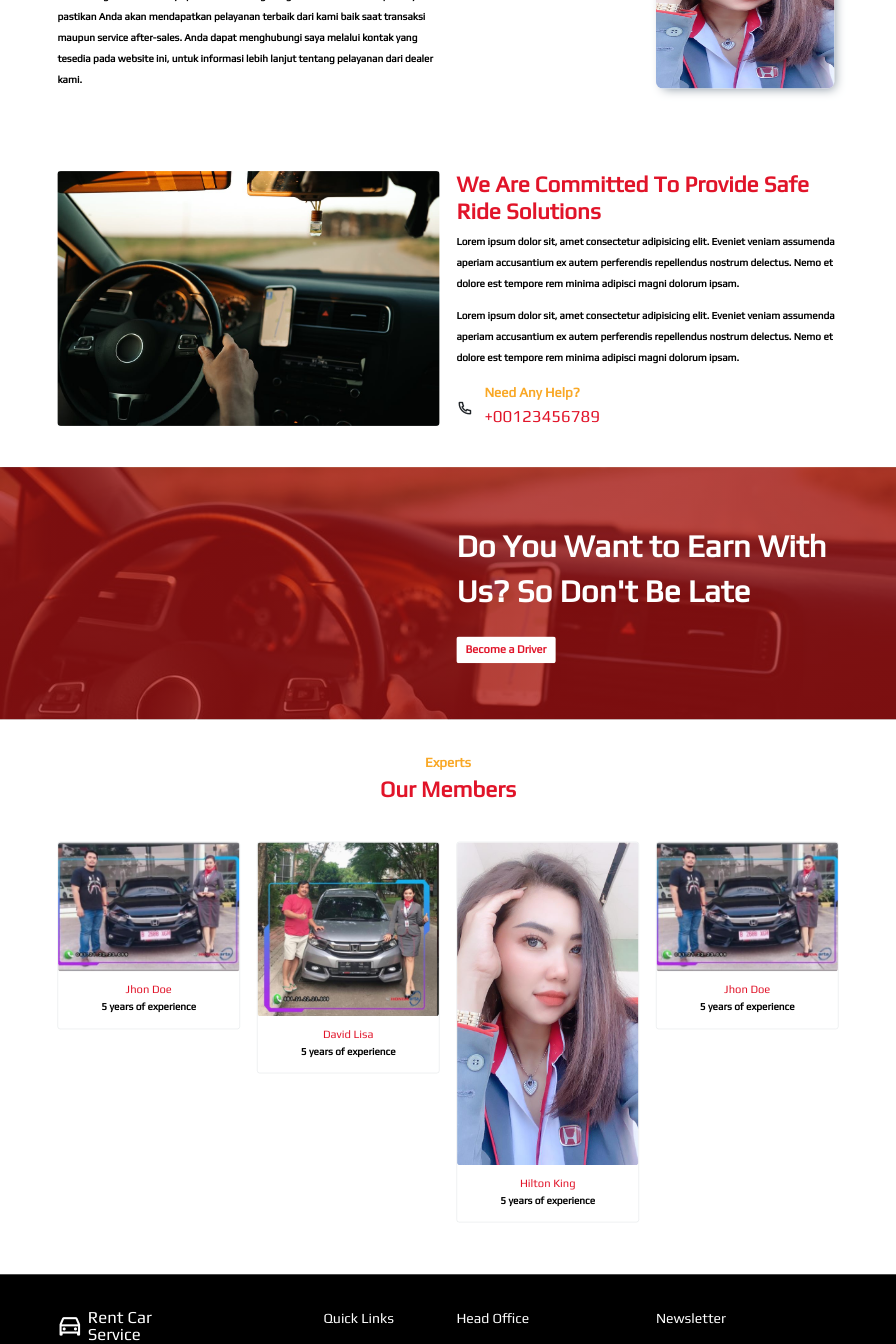
Repository: stevenxylver/Honda
Page: /about
An editor plug-in stored every save of this project. The page is shown before and after the next save, followed by the edit.
The browser window is 1280 px wide. The pictures show the part of the page from y = 619 to 2539 px (the page is 2834 px tall before and 2916 px after), at 70% of full size.
Pictures or frames that could not be fetched are drawn as grey boxes. The project was rebuilt for these pictures with package versions that can differ from the ones it lists, and the page was loaded fresh each time. Also part of the build but not shown: src/styles/hero-slider.css, src/components/UI/HeroSlider.jsx, src/components/UI/FindCarForm.jsx, src/styles/services-list.css, src/assets/data/serviceData.js, src/components/UI/ServicesList.jsx, src/components/UI/Example.jsx, src/assets/data/carData.js and 20 more.

Above is the page before, as saved 2022-11-20 11:04:08.

### src/index.css
/* ======== google fonts ======== */
@import url("https://fonts.googleapis.com/css2?family=Source+Sans+Pro:wght@200;300;400;600;700;900&display=swap");
@import url('https://fonts.googleapis.com/css2?family=Play&display=swap');
/* ======= base style ====== */
* {
  margin: 0;
  padding: 0;
  box-sizing: border-box;
  /* font-family: "Source Sans Pro", sans-serif; */
  font-family: 'Play', sans-serif;

}

/* ========= pre-define css ========= */
h1,
h2,
h3,
h4,
h5,
h6 {
  color: #E11429;
  font-weight: 600;
  margin-bottom: 0;
}

h3,
h4 {
  font-size: 1.6rem;
}

h5,
h6 {
  font-size: 1.2rem;
}

a {
  text-decoration: none;
  color: unset;
}

a:hover {
  color: unset;
}

ul {
  margin: 0;
  list-style: none;
}

.section__title {
  color: #E11429;
  font-weight: 600;
  font-size: 2rem;
}

.section__subtitle {
  color: #f9a826;
  font-weight: 600;
  font-size: 1.2rem;
}

.section__description {
  color: #000;
  font-size: 0.9rem;
  line-height: 30px;
  font-weight: 600;
}

section {
  padding: 50px 0px;
}

.btn {
  padding: 7px 15px;
  background: #E11429;
  color: #fff;
  border: none;
  outline: none;
  border-radius: 5px;
  transition: 0.3s;
}

.btn:hover {
  color: #fff !important;
  background: #E11429;
}

@media only screen and (max-width: 768px) {
  section {
    padding: 30px 0px;
  }

  .section__title {
    font-size: 1.6rem;
  }

  .section__subtitle {
    font-size: 1.1rem;
  }
}

### src/styles/header.css
.header__top {
  padding: 10px 0px;
  background: #E11429;
  color: #fff;
}


.honda
{
width: 57px;
height: 57px;
}

.header__top__left {
  display: flex;
  align-items: center;
  column-gap: 1rem;
}

.header__top__left span {
  font-size: 0.9rem;
}

.header__top__help {
  display: flex;
  align-items: center;
  column-gap: 0.4rem;
}

.header__top__help i {
  background: #fff;
  color: #E11429;
  padding: 2px 4px;
  border-radius: 50px;
  font-size: 0.7rem;
}

.header__top__right a {
  text-decoration: none;
  color: #fff;
  font-size: 0.9rem;
}

.header__top__right a:hover {
  color: #fff;
}

/* ============ header middle style =========== */

.header__middle {
  padding: 20px 0px;
}

.logo h1 a span {
  font-size: 1.5rem;
}

.logo h1 a i {
  font-size: 2.2rem;
}

.logo h1 a {
  text-decoration: none;
  color: #E11429;
  font-weight: 900;
}

.logo h1 {
  line-height: 1.5rem;
}

.header__location span i {
  font-size: 2.2rem;
  color: #000000;
}

.header__location-content h4 {
  font-size: 1.2rem;
  font-weight: 700;
  color: #E11429;
}

.header__location-content h6 {
  font-weight: 600;
  color: #000000;
}

.header__btn {
  background: #E11429 !important;
  padding: 10px 20px;
  border: none;
  outline: none;
  border-radius: 5px;
}

.header__btn a {
  display: flex;
  align-items: center;
  column-gap: 0.4rem;
  text-decoration: none;
  color: #fff;
  justify-content: end;
  font-size: 0.9rem;
  font-weight: 1000;
}


.header__btn a:hover {
  color: #fff;
}

/* ================ main navbar styles =========== */

.main__navbar {
  padding: 15px 0px;
  background: #000000;
}

.mobile__menu i {
  color: #fff;
  font-size: 1.3rem;
  cursor: pointer;
}

.mobile__menu {
  display: none;
}

.menu {
  display: flex;
  align-items: center;
  column-gap: 2.7rem;
}

.nav__item {
  color: #fff;
  text-decoration: none;
  transition: 0.3s;
  font-weight: 1000;
}

.nav__item:hover {
  color: #f9a826;
}



.search__box {
  border: 1px solid #7c8a972f;
  padding: 7px 12px;
  display: flex;
  align-items: center;
  border-radius: 50px;
  background: #020a4de9;
}

.search__box {
  border: 1px solid #7c8a972f;
  padding: 7px 12px;
  display: flex;
  align-items: center;
  border-radius: 50px;
  background: #fff;
  font-weight: 1000;
}

.search__box input {
  background: transparent;
  border: none;
  outline: none;
  color: #fff;
  cursor: pointer;
}

.search__box input::placeholder {
  font-size: 0.8rem;
  font-weight:800;
}
.search__box span i {
  color: #000000;
  cursor: pointer;
}

.nav__active {
  color: #f9a826;
}

@media only screen and (max-width: 768px) {
  .header__top,
  .header__middle,
  .nav__right {
    display: none;
  }

  .mobile__menu {
    display: block;
  }

  .navigation {
    background: rgb(0, 13, 107, 0.6);
    width: 100%;
    height: 100%;
    position: fixed;
    top: 0;
    left: 0;
    z-index: 9999;
    display: none;
  }

  .menu {
    width: 250px;
    height: 100%;
    background: #fff;
    display: flex;
    align-items: center;
    flex-direction: column;
    row-gap: 2rem;
    justify-content: center;
  }

  .menu a {
    color: #E11429;
    font-weight: 600;
    font-size: 0.9rem;
  }

  .menu__active {
    display: block;
  }


}

### src/styles/footer.css
.footer {
  background: #000000;
  padding-top: 50px;
  padding-bottom: 15px;
}

.footer__logo i {
  color: #fff;
  font-weight: 400;
}

.footer__logo span {
  color: #fff;
  font-weight: 500;
}

.footer__logo-content {
  color: rgba(255, 255, 255, 0.715);
  margin-top: 15px;
  line-height: 30px;
}

.quick__link {
  border: none !important;
  background: transparent !important;
}

.quick__link a {
  color: rgba(255, 255, 255, 0.715);
  text-decoration: none;
  font-weight: 300;
  transition: 0.3s;
}

.quick__link a:hover {
  color: #f9a826;
}

.footer__link-title {
  color: #fff;
}

.office__info {
  color: rgba(255, 255, 255, 0.715);
  font-weight: 300;
}

.newsletter {
  display: flex;
  align-items: center;
  justify-content: space-between;
  padding: 8px 12px;
  border: 1px solid #7c8a972f;
  border-radius: 50px;
  background: #020a4de9;
}

.newsletter input {
  background: transparent;
  color: #fff;
  border: none;
  outline: none;
}

.newsletter span i {
  color: #fff;
}

.footer__bottom {
  border-top: 1px solid #7c8a972f;
}

@media only screen and (max-width: 768px) {
  .footer__logo-content {
    font-size: 0.8rem;
  }

  .quick__link,
  .office__info {
    font-size: 0.8rem;
    line-height: 1.5rem;
  }

  .footer__link-title {
    font-size: 1rem;
    margin-top: 15px;
  }

  .footer__bottom p {
    font-size: 0.7rem;
  }


}

### src/pages/About.jsx
import React from "react";

import CommonSection from "../components/UI/CommonSection";
import Helmet from "../components/Helmet/Helmet";
import AboutSection from "../components/UI/AboutSection";
import { Container, Row, Col } from "reactstrap";
import BecomeDriverSection from "../components/UI/BecomeDriverSection";

import driveImg from "../assets/all-images/drive.jpg";
import OurMembers from "../components/UI/OurMembers";
import "../styles/about.css";

const About = () => {
  return (
    <Helmet title="About">
      <CommonSection title="About Us" />
      <AboutSection aboutClass="aboutPage" />

      <section className="about__page-section">
        <Container>
          <Row>
            <Col lg="6" md="6" sm="12">
              <div className="about__page-img">
                <img src={driveImg} alt="" className="w-100 rounded-3" />
              </div>
            </Col>

            <Col lg="6" md="6" sm="12">
              <div className="about__page-content">
                <h2 className="section__title">
                  We Are Committed To Provide Safe Ride Solutions
                </h2>

                <p className="section__description">
                  Lorem ipsum dolor sit, amet consectetur adipisicing elit.
                  Eveniet veniam assumenda aperiam accusantium ex autem
                  perferendis repellendus nostrum delectus. Nemo et dolore est
                  tempore rem minima adipisci magni dolorum ipsam.
                </p>

                <p className="section__description">
                  Lorem ipsum dolor sit, amet consectetur adipisicing elit.
                  Eveniet veniam assumenda aperiam accusantium ex autem
                  perferendis repellendus nostrum delectus. Nemo et dolore est
                  tempore rem minima adipisci magni dolorum ipsam.
                </p>

                <div className=" d-flex align-items-center gap-3 mt-4">
                  <span className="fs-4">
                    <i class="ri-phone-line"></i>
                  </span>

                  <div>
                    <h6 className="section__subtitle">Need Any Help?</h6>
                    <h4>+00123456789</h4>
                  </div>
                </div>
              </div>
            </Col>
          </Row>
        </Container>
      </section>

      <BecomeDriverSection />

      <section>
        <Container>
          <Row>
            <Col lg="12" className="mb-5 text-center">
              <h6 className="section__subtitle">Experts</h6>
              <h2 className="section__title">Our Members</h2>
            </Col>
            <OurMembers />
          </Row>
        </Container>
      </section>
    </Helmet>
  );
};

export default About;

### src/components/UI/AboutSection.jsx
import React from "react";
import { Container, Row, Col } from "reactstrap";
import "../../styles/about-section.css";
import aboutImg from "../../assets/all-images/ava-3.jpg";

const AboutSection = ({ aboutClass }) => {
  return (
    <section
      className="about__section"
      style={
        aboutClass === "aboutPage"
          ? { marginTop: "0px" }
          : { marginTop: "280px" }
      }
    >
      <Container>
        <Row>
          <Col lg="6" md="6">
            <div className="about__section-content">
              <h4 className="section__subtitle">Halo</h4>
              <h2 className="section__title">Nama Saya Sarah</h2>
              <p className="section__description">
              Perkenalkan Saya Sarah, Sales Counter dari Dealer Honda Tangerang. Saat ini saya telah mengabdikan diri saya pada Honda Tangerang selama 9 Tahun. Dapat Saya pastikan Anda akan mendapatkan pelayanan terbaik dari kami baik saat transaksi maupun service after-sales. Anda dapat menghubungi saya melalui kontak yang tesedia pada website ini, untuk informasi lebih lanjut tentang pelayanan dari dealer kami.
              </p>


            </div>
          {/* </Col>
          <Col lg="3" md="6"> */}

          </Col>

          <Col md={{
        offset: 3,
        size: 3
      }}>
            <div className="about__img">
              <img src={aboutImg} alt="" className="about"/>
            </div>
          </Col>
        </Row>
      </Container>
    </section>
  );
};

export default AboutSection;

### src/components/UI/BecomeDriverSection.jsx
import React from "react";
import "../../styles/become-driver.css";
import { Container, Row, Col } from "reactstrap";

// import driverImg from "../../assets/all-images/toyota-offer-2.png";

const BecomeDriverSection = () => {
  return (
    <section className="become__driver">
      <Container>
        <Row>
          <Col lg="6" md="6" sm="12" className="become__driver-img">
          <iframe width="100%" height="130%"  src="https://www.youtube.com/embed/w7pgDpsCZ2E" frameborder="0"  title="YouTube video player" allowfullscreen="true"></iframe>
          </Col>


          <Col lg="6" md="6" sm="12">
            <h2 className="section__title become__driver-title">
              Do You Want to Earn With Us? So Don't Be Late
            </h2>

            <button className="btn become__driver-btn mt-4">
              Become a Driver
            </button>
          </Col>
        </Row>
      </Container>
    </section>
  );
};

export default BecomeDriverSection;

### src/components/UI/OurMembers.jsx
import React from "react";
import "../../styles/our-member.css";
import { Col } from "reactstrap";
import { Link } from "react-router-dom";
import ava01 from "../../assets/all-images/ava-1.jpg";
import ava02 from "../../assets/all-images/ava-2.jpg";
import ava03 from "../../assets/all-images/ava-3.jpg";

const OUR__MEMBERS = [
  {
    name: "Jhon Doe",
    experience: "5 years of experience",
    fbUrl: "#",
    instUrl: "#",
    twitUrl: "#",
    linkedinUrl: "#",
    imgUrl: ava01,
  },

  {
    name: "David Lisa",
    experience: "5 years of experience",
    fbUrl: "#",
    instUrl: "#",
    twitUrl: "#",
    linkedinUrl: "#",
    imgUrl: ava02,
  },

  {
    name: "Hilton King",
    experience: "5 years of experience",
    fbUrl: "#",
    instUrl: "#",
    twitUrl: "#",
    linkedinUrl: "#",
    imgUrl: ava03,
  },

  {
    name: "Jhon Doe",
    experience: "5 years of experience",
    fbUrl: "#",
    instUrl: "#",
    twitUrl: "#",
    linkedinUrl: "#",
    imgUrl: ava01,
  },
];

const OurMembers = () => {
  return (
    <>
      {OUR__MEMBERS.map((item, index) => (
        <Col lg="3" md="3" sm="4" xs="6" key={index} className="mb-4">
          <div className="single__member">
            <div className="single__member-img">
              <img src={item.imgUrl} alt="" className="w-100" />

              <div className="single__member-social">
                <Link to={item.fbUrl}>
                  <i class="ri-facebook-line"></i>
                </Link>
                <Link to={item.twitUrl}>
                  <i class="ri-twitter-line"></i>
                </Link>

                <Link to={item.linkedinUrl}>
                  <i class="ri-linkedin-line"></i>
                </Link>

                <Link to={item.instUrl}>
                  <i class="ri-instagram-line"></i>
                </Link>
              </div>
            </div>

            <h6 className="text-center mb-0 mt-3">{item.name}</h6>
            <p className="section__description text-center">
              {item.experience}
            </p>
          </div>
        </Col>
      ))}
    </>
  );
};

export default OurMembers;

### src/styles/find-car-form.css
.find__cars-left {
  /* background: linear-gradient(rgb(0, 0, 0, 0.8), rgb(0, 0,20, 0.8)),
    url("../assets/all-images/toyota-offer-2.png");
  background-position: center;
  background-repeat: no-repeat;
  background-size: cover; */
  padding: 65px 35px;
  background-color: #E11429;
  /* background: linear-gradient(rgb(225, 20, 41, 0.8), rgb(174, 18,20, 0.8)), */
}

.find__cars-left h2 {
  font-weight: 600;
  font-size: 0.875rem;
  color: #fff;
  text-align: center;
  background-color: #E11429;
}


.steer{
  height: 40px;
  width: 40px;
  align-items: center;
  color: #E11429;
}

.find__cars-left h1 {
  /* font-weight: 600; */
  font-size: 0.75rem;
  color: #fff;
  text-align: center;
  background-color: #E11429;
}

.form__group {
  width: 30%;
  margin-bottom: 0;
}

.form__group input {
  border: 1px solid #7c8a972a;
  padding: 8px 12px;

  width: 100%;
  outline: none;
}
.form__group input::placeholder {
  color: #7c8a97;
}

.section__subtitle{
  color: #000;
}

.ava1
{
  height: 285px;
  width: 500px;
  border-radius: 5px;
}

.section__subtitle{
color: #f9a826;
}
.rent__price{
  color: #000;
}

.form {
  background: #fff;
  padding-top: 55px;
  padding-bottom: 50px;
  padding-left: 15px;
  padding-right: 15px;
}

.select__group {
  width: 30%;
}

.select__group select {
  width: 100%;
  padding: 10px 15px;
  border: 1px solid #7c8a972a;
  outline: none;
  color: #7c8a97;
}

.hero__slider-section {
  position: relative;
  z-index: 10;
  margin-bottom: 200px;
}

.hero__form {
  position: absolute;
  bottom: -150px;
  z-index: 11;
  width: 100%;
}

.form__row {
  background: #E11429;
  box-shadow: 5px 5px 15px -5px #7c8a97;
  border-radius: 15px;

}

.journey__time::before {
  content: "Journey time";
  margin-right: 0.8rem;
  color: #7c8a97;
}

.find__car-btn {
  background: #E11429 !important;
  color: #fff !important;
  padding: 8px 15px;
  width: 100%;
  border: none;
  outline: none;
}

@media only screen and (max-width: 992px) {
  .find__cars-left {
    padding: 65px 22px;
  }

  .find__cars-left h2 {
    font-size: 1.5rem;
  }

  .form {
    padding: 30px 10px;
  }

  .form__group input,
  .select__group select {
    padding: 7px 10px;
    font-size: 0.8rem;
  }

  .hero__form {
    bottom: -100px;
  }
}

@media only screen and (max-width: 768px) {
  .find__cars-left {
    padding-top: 20px;
    padding-bottom: 0;
    background: #E11429;
    text-align: center;
  }

  .form {
    padding: 20px 10px;
  }
}

@media only screen and (max-width: 576px) {
  .form__group {
    width: 100%;
    margin: auto;
    margin-bottom: 15px;
  }

  .form__group input {
    font-size: 0.7rem !important;
  }

  .select__group {
    width: 100%;
    padding-right: 10px;
    font-size: 0.7rem;
  }

  .find__car-btn {
    font-size: 0.8rem;
  }

  .find__cars-left h2 {
    font-size: 1rem;
  }

  .hero__form {
    bottom: -250px;
  }
}

### src/styles/about-section.css
.about__section-item {
  column-gap: 3rem;
}

.about{
width: 255px;
height: 255px;
border-radius: 10px;
box-shadow: 5px 5px 15px -5px #7c8a97;
}


.about__section-item p i {
  color: #f9a826;
  font-size: 1.1rem;
}

@media only screen and (max-width: 992px) {
  .about__section-content h2 {
    font-size: 1.5rem;
  }
  .about__section-item {
    column-gap: 3rem;
  }
  .about__section-item p {
    font-size: 0.6rem;
    margin-bottom: 0;
  }

  .section__description i {
    font-size: 0.8rem !important;
  }
}

@media only screen and (max-width: 768px) {
  .about__img {
    margin-top: 30px;
  }
}

@media only screen and (max-width: 576px) {
  .about__section {
    margin-top: 280px;
  }
}

### src/styles/become-driver.css
.become__driver {
  background: linear-gradient(rgb(174, 18,20, 0.7), rgb(174, 18,20, 0.7)),
    url("../assets/all-images/drive.jpg");
  background-position: center;
  background-repeat: no-repeat;
  background-size: cover;
  padding: 80px 0px;
}

.become__driver button {
  background: #fff;
  color: #E11429;
  font-weight: 600;
}

.become__driver-title {
  font-size: 2.8rem;
  color: #fff;
  line-height: 65px;
}

@media only screen and (max-width: 992px) {
  .become__driver-title {
    font-size: 1.5rem;
    line-height: 3rem;
  }
}

@media only screen and (max-width: 768px) {
  .become__driver {
    padding: 50px 0px;
  }

  .become__driver-title {
    font-size: 1.3rem;
    line-height: 2.5rem;
  }

  .become__driver-btn {
    font-size: 0.8rem !important;
  }
}

@media only screen and (max-width: 576px) {
  .become__driver-img {
    display: none;
  }
  .become__driver {
    text-align: center;
  }
}

### src/styles/common-section.css
.common__section {
  background: linear-gradient(rgb(225, 20, 41, 0.6), rgb(174, 18,20, 0.6)),
    url("../assets/all-images/drive.jpg");
  background-position: center;
  background-size: cover;
  background-repeat: no-repeat;
  padding: 80px 0px;
}

### src/styles/our-member.css
.single__member {
  border: 1px solid #7c8a972d;
  border-radius: 4px;
}

.single__member-social {
  display: flex;
  align-items: center;
  justify-content: center;
  column-gap: 0.5rem;
  position: absolute;
  top: -100%;
  left: 50%;
  width: 100%;
  height: 100%;
  background: rgb(225, 20, 41, 0.6);
  transform: translateX(-50%);
  border-radius: 4px;
  transition: 0.5s ease;
  opacity: 0;
}

.single__member-social a i {
  width: 28px;
  height: 28px;
  color: #E11429;
  display: flex;
  align-items: center;
  justify-content: center;
  background: #fff;
  border-radius: 50%;
  font-size: 0.9rem;
  font-weight: 600;
}

.single__member-social a {
  text-decoration: none;
  cursor: pointer;
}

.single__member-img {
  position: relative;
  cursor: pointer;
}

.single__member-img img {
  border-radius: 4px;
}

.single__member-img:hover .single__member-social {
  top: 0;
  opacity: 1;
}

Loaded but not shown: public/index.html (common file); src/index.js (common file); src/App.js (common file); src/components/Layout/Layout.jsx (common file); src/components/Helmet/Helmet.js (common file); src/components/UI/CommonSection.jsx (common file); src/styles/about.css (common file); src/routers/Routers.js (28 lines, source omitted); src/components/Header/Header.jsx (139 lines, source omitted); src/components/Footer/Footer.jsx (111 lines, source omitted)

After the next save:
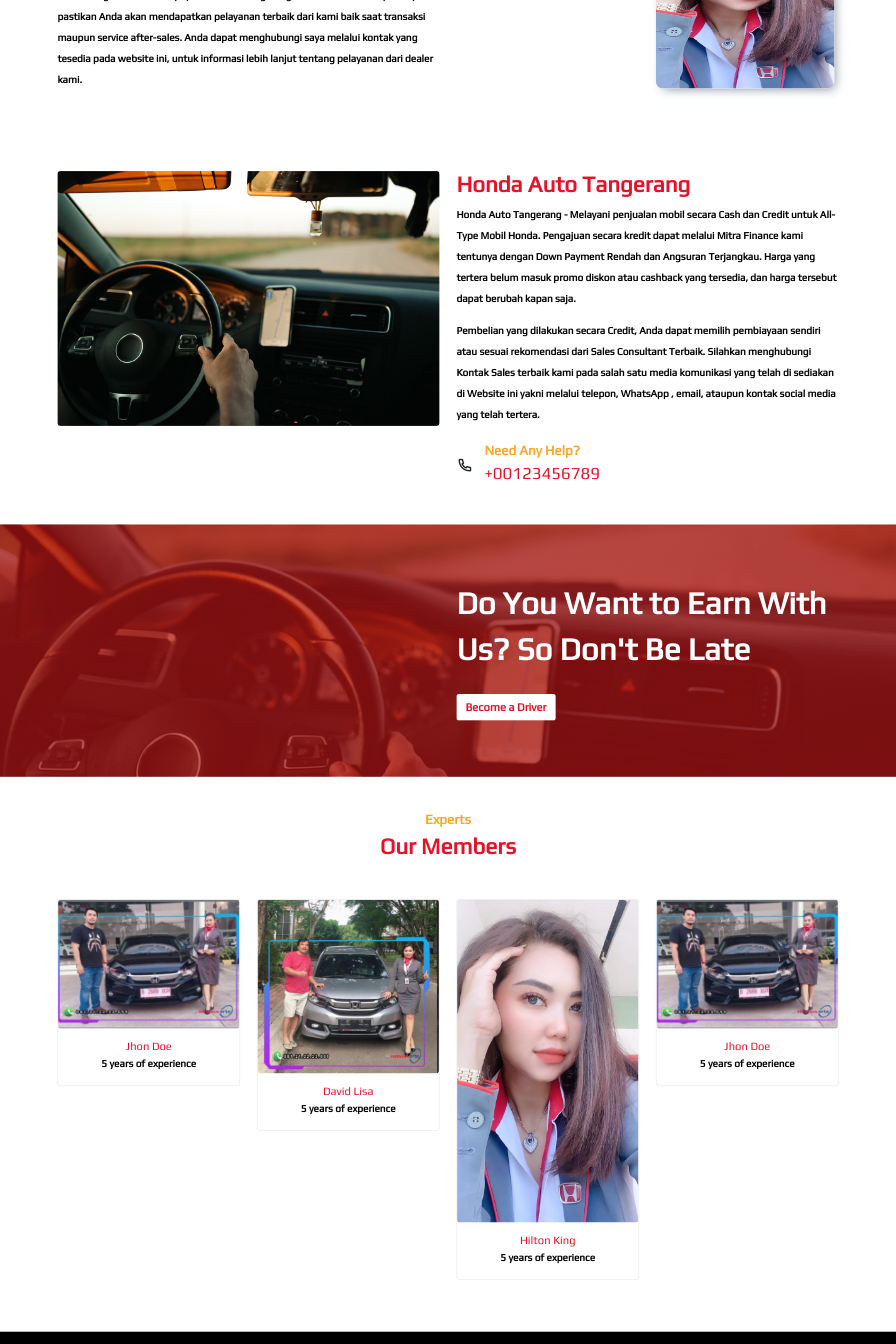
Saved 13 min 18 s later.
--- a/src/pages/About.jsx
+++ b/src/pages/About.jsx
@@ -28,21 +28,15 @@
             <Col lg="6" md="6" sm="12">
               <div className="about__page-content">
                 <h2 className="section__title">
-                  We Are Committed To Provide Safe Ride Solutions
+                  Honda Auto Tangerang
                 </h2>
 
                 <p className="section__description">
-                  Lorem ipsum dolor sit, amet consectetur adipisicing elit.
-                  Eveniet veniam assumenda aperiam accusantium ex autem
-                  perferendis repellendus nostrum delectus. Nemo et dolore est
-                  tempore rem minima adipisci magni dolorum ipsam.
+                Honda Auto Tangerang - Melayani penjualan mobil secara Cash dan Credit untuk All-Type Mobil Honda. Pengajuan secara kredit dapat melalui Mitra Finance kami tentunya dengan Down Payment Rendah dan Angsuran Terjangkau. Harga yang tertera belum masuk promo diskon atau cashback yang tersedia, dan harga tersebut dapat berubah kapan saja.
                 </p>
 
                 <p className="section__description">
-                  Lorem ipsum dolor sit, amet consectetur adipisicing elit.
-                  Eveniet veniam assumenda aperiam accusantium ex autem
-                  perferendis repellendus nostrum delectus. Nemo et dolore est
-                  tempore rem minima adipisci magni dolorum ipsam.
+                Pembelian yang dilakukan secara Credit, Anda dapat memilih pembiayaan sendiri atau sesuai rekomendasi dari Sales Consultant Terbaik. Silahkan menghubungi Kontak Sales terbaik kami pada salah satu media komunikasi yang telah di sediakan di Website ini yakni melalui telepon, WhatsApp , email, ataupun kontak social media yang telah tertera.
                 </p>
 
                 <div className=" d-flex align-items-center gap-3 mt-4">
